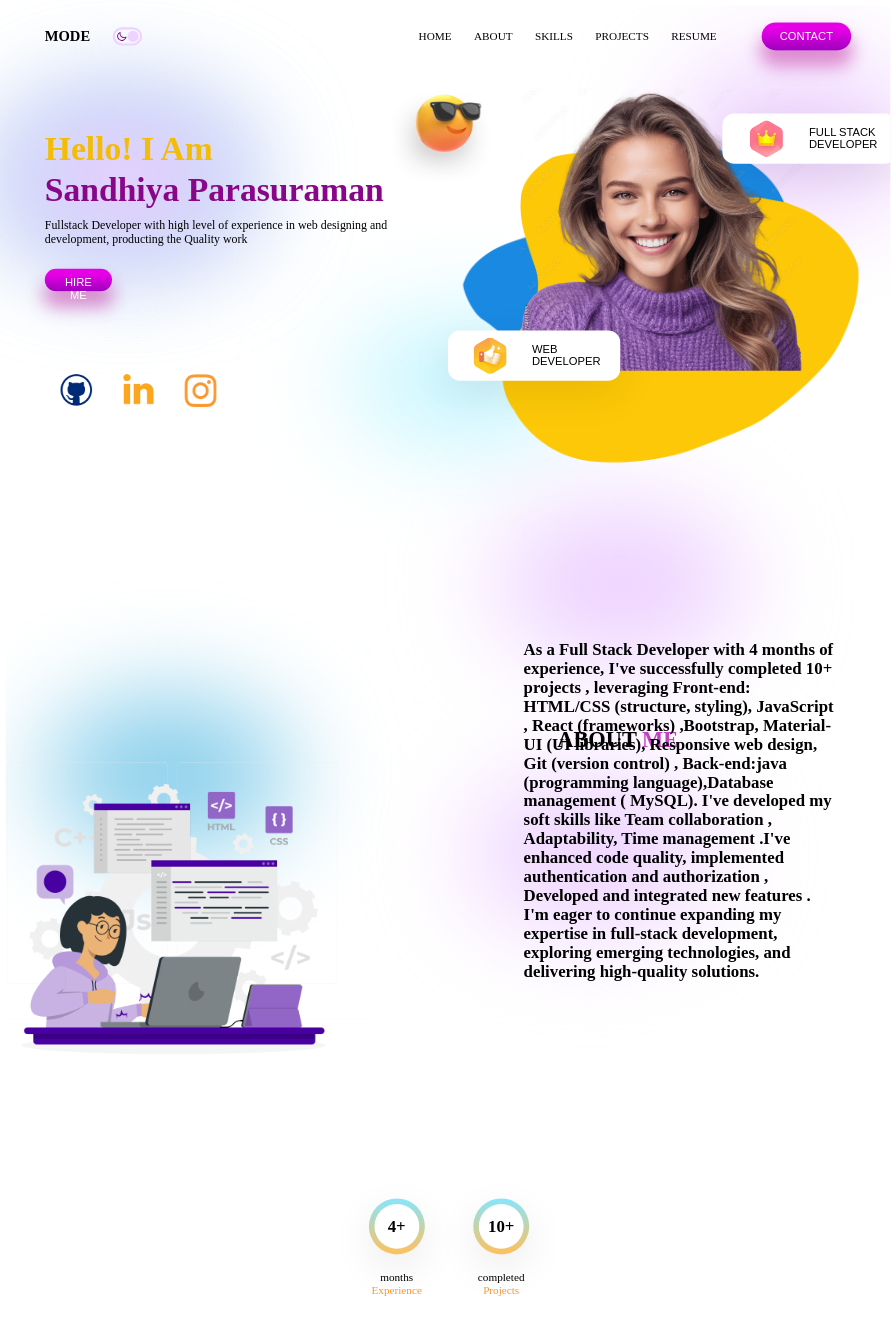
Repository: glorysandy/Protfolio
Page: /
These files come from the project's save history. The page is drawn as it stood at one moment and after the next save; the edit follows.
The browser window is 1280 px wide. The pictures show the part of the page from y = 0 to 1920 px (the page is 4881 px tall), at 70% of full size.
The project was rebuilt for these pictures with package versions that can differ from the ones it lists, and the page was loaded fresh each time. Imported but missing from the stored project, and not drawn on this page: src/components/Services/SANDHIYA.P (RESUME).pdf.

Above is the page before, as saved 2024-10-16 21:50:00.

### src/components/Navbar/Navbar.jsx
import React from "react";
import Toggle from "../Toggle/Toggle";
import "./Navbar.css";
import { Link } from "react-scroll";
const navbar = () => {
  return (
    <div className="n-wrapper" id="Navbar">
      {/* left */}
      <div className="n-left">
        <div className="n-name">MODE</div>
        <Toggle />
      </div>
      {/* right */}
      <div className="n-right">
        <div className="n-list">
          <ul style={{ listStyleType: "none" }}>
            <li>
              <Link activeClass="active" to="Navbar" spy={true} smooth={true}>
                HOME
              </Link>
            </li>
            <li>
              <Link to="testimonial" spy={true} smooth={true}>
                ABOUT
              </Link>
            </li>
            <li>
              <Link to="works" spy={true} smooth={true}>
                SKILLS
              </Link>
            </li>
            <li>
              <Link to="portfolio" spy={true} smooth={true}>
                PROJECTS
              </Link>
            </li>
            <li>
              <Link to=" services" spy={true} smooth={true}>
                RESUME
              </Link>
            </li>
          </ul>
        </div>
        <Link to="contact" spy={true} smooth={true}>
        <button className="button n-button">CONTACT</button>
        </Link>
      </div>
    </div>
  );
};

export default navbar;

### src/components/Testimonials/Testimonial.jsx
import React from "react";
import "./Testimonial.css";
import back from  "../../img/Hand coding-rafiki.png";

const Testimonial = () => {

  return (
    <div className="t-wrapper" id="testimonial">
      <div className="t-heading" style={{marginLeft:"95vh" ,marginTop:"35vh"}}>
        <span>ABOUT </span>
        <span>ME </span>
      <div className="blur t-blur1" style={{ background: "var(--purple)" }}></div>
      <div className="blur t-blur2" style={{ background: "skyblue" }}></div>
      <div className="blur t-blur3" style={{ background: "voilet" }}></div>
       <div className="t-back"  >
       <img
          src={back}
          alt=""
        />
</div> <div className="t-sen" style={{fontSize:"1.5rem",fontWeight: "7rem",  position: "absolute", marginTop: "-100vh" ,marginLeft: "-48px",marginRight: "18px"
}}> <span>As a Full Stack Developer with 4 months of experience, I've   successfully completed 10+ projects , leveraging Front-end:  HTML/CSS (structure, styling), JavaScript , React (frameworks) ,Bootstrap, Material-UI (UI libraries), Responsive web design, Git (version control)
, Back-end:java (programming language),Database management ( MySQL). I've developed my soft skills like Team collaboration , Adaptability, Time management .I've enhanced code quality, implemented authentication   and authorization
,  Developed and integrated new features
. I'm eager to continue expanding my expertise in full-stack development, exploring emerging technologies, and delivering high-quality solutions.</span></div> </div>

<div className="head"> <span> ABOUT ME</span></div>

    <div className="dup">
    <span>As a Full Stack Developer with 4 months of experience, I've   successfully completed 10+ projects , leveraging Front-end:  HTML/CSS (structure, styling), JavaScript , React (frameworks) ,Bootstrap, Material-UI (UI libraries), Responsive web design, Git (version control)
, Back-end:java (programming language),Database management ( MySQL). I've developed my soft skills like Team collaboration , Adaptability, Time management .I've enhanced code quality, implemented authentication   and authorization
,  Developed and integrated new features
. I'm eager to continue expanding my expertise in full-stack development, exploring emerging technologies, and delivering high-quality solutions.</span>


      </div>

       </div>

  );
};

export default Testimonial;

### src/components/Experience/Experience.jsx
import React, { useContext } from "react";
import { themeContext } from "../../Context";
import "./Experience.css";
const Experience = () => {
  const theme = useContext(themeContext);
  const darkMode = theme.state.darkMode;

  return (
    <div className="experience" id='experience'>
      <div className="achievement">
        {/* darkMode */}
        <div className="circle" style={{color: darkMode?'var(--orange)':''}}>4+</div>
        <span  style={{color: darkMode?'white':''}}>months </span>
        <span>Experience</span>
      </div>
      <div className="achievement">
        <div className="circle" style={{color: darkMode?'var(--orange)':''}}>10+</div>
        <span  style={{color: darkMode?'white':''}}>completed </span>
        <span>Projects</span>
      </div>
    </div>
  );
};

export default Experience;

### src/components/Portfolio/Portfolio.jsx
import React, { useContext } from "react";
import "./Portfolio.css";
import { Swiper, SwiperSlide } from "swiper/react"
import "swiper/css";
import pro from "../../img/pro 1 copy.jpg";
import pro2 from "../../img/pro2.jpg";
import HOC from "../../img/hoc.png";
import pro3 from "../../img/pro3.jpg";
import { themeContext } from "../../Context";

const Portfolio = () => {
  const theme = useContext(themeContext);
  const config ={
    social:{
      pro1:'https://project-1-nerolac.vercel.app/',
      pro2:'https://rock-paper-scissors-phi-puce.vercel.app/',
      pro3:'https://sliding-puzzle-jade.vercel.app/',
    }
}

  const darkMode = theme.state.darkMode;
  return (
    <div className="portfolio" id="portfolio">
            <div className="blur t-blur2" style={{ background: "skyblue" }}></div>
      <div className="blur t-blur2" style={{ background: "voilet" }}></div>

      {/* heading */}
      <span style={{color: darkMode?'white': ''}}>Recent Projects</span>
      <span>Portfolio</span>



      {/* slider */}
      <Swiper
        spaceBetween={30}
        slidesPerView={3}
        grabCursor={true}
        className="portfolio-slider"
      ><div className="silde">


        <SwiperSlide>
          <div >
       <a href={config.social.pro1}  ><img src={pro} alt="" /></a>
          </div>
        </SwiperSlide>
        <SwiperSlide>
          <div>
          <a href={config.social.pro2}  ><img src={pro2} alt="" /></a>
          </div>
        </SwiperSlide>
        <SwiperSlide>
        <div>
        <a href={config.social.pro3}  ><img src={pro3} alt="" /></a>
        </div>
        </SwiperSlide>
        <SwiperSlide>
          <div>

          </div>
          <img src={HOC} alt="" />
        </SwiperSlide></div>
      </Swiper>

    </div>
  );
};

export default Portfolio;

### src/components/Contact/Contact.jsx
import React, { useContext, useRef, useState } from "react";
import "./Contact.css";
import emailjs from '@emailjs/browser';
import { themeContext } from "../../Context";

const Contact = () => {
  const theme = useContext(themeContext);
  const darkMode = theme.state.darkMode;
  const form = useRef();
  const [done, setDone] = useState(false)
  const sendEmail = (e) => {
    e.preventDefault();

    emailjs
      .sendForm(
        "service_y60teja",
        "template_4kj4n7i",
        form.current,
        "ORKOyUiaYznGkr2zZ"
      )
      .then(
        (result) => {
          console.log(result.text);
          setDone(true);
          form.reset();
        },
        (error) => {
          console.log(error.text);
        }
      );
  };

  return (
    <div className="contact-form" id="contact">
      {/* left side copy and paste from work section */}

      <div className="w-left">
        <div className="awesome">
          {/* darkMode */}
          <span style={{color: darkMode?'white': ''}}>Get in Touch</span>
          <span style={{color:"purple"}}>Contact me</span>
          <div
            className="blur s-blur1"
            style={{ background: "#ABF1FF94" }}
          ></div>
        </div>
      </div>
      {/* right side form */}
      <div className="c-right">
        <form ref={form} onSubmit={sendEmail}>
          <input type="text" name="user_name" className="user"  placeholder="NAME"/>
          <input type="email" name="user_email" className="user" placeholder="EMAIL"/>
          <textarea name="message" className="user" placeholder="MESSAGE"/>
          <input type="submit" value="Send" className="button"/>
          <span className="c-t">{done && "Thanks for Contacting me"}</span>
          <div
            className="blur c-blur1"
            style={{ background: "var(--purple)" }}
          ></div>
        </form>
      </div>
      </div>

  );
};

export default Contact;

### src/components/Footer/Footer.jsx
import React from "react";
import "./Footer.css";
import Git from "../../img/git3.png";
import ins from "../../img/mylink.png";
import end from "../../img/end.png";
import wave2 from "../../img/AdobeStock_559187959 copy.png";

const Footer = () => {

  const config ={
    social:{
      Github:'https://github.com/glorysandy',
      LinkedIn:'https://www.linkedin.com/in/sandhiya-parasuraman-822719298/',

    }
}


  return (
    <div className="footer">
     <img src={wave2} alt="" style={{ width: "100%", height: "80%",  marginTop:"-2vh"}} />

     <div className="blur t-blur1" style={{ background: "var(--purple)" }}></div>
      <div className="blur t-blur2" style={{ background: "var(--purple)" }}></div>
      <div className="f-content"  >
        <div>        <span > EMAIL ID: samuve0842@gmail.com</span> <br></br> <br></br> <br></br>
        <span>PHONE NO: 9043545860</span>
        </div>
        <div className="f-back"  >
       <img
          src={end}
          alt=""
        />
        </div>

        <div className="f-icons" >

          <a href={config.social.LinkedIn} ><img src={ins} alt="" /></a>
          <a href={config.social.Github}><img src={Git} alt=""/></a>
        </div>

      </div>
      </div>
  );
};

export default Footer;

### src/components/Toggle/Toggle.jsx
import React, { useContext } from "react";
import "./Toggle.css";
import Moon from "@iconscout/react-unicons/icons/uil-moon";
import Sun from "@iconscout/react-unicons/icons/uil-sun";
import { themeContext } from "../../Context";

const Toggle = () => {
  const theme = useContext(themeContext);
  const darkMode = theme.state.darkMode;
  const handleClick = () => {
    // debugger
    theme.dispatch({ type: "toggle" });
  };
  return (
    <div className="toggle" onClick={handleClick}>
      <Moon />
      <Sun />
      {/*                              toggle.css mein left ki property aik assign hy ussy delete
                                          krna hy pehly */}
      <div
        className="t-button"
        style={darkMode ? { left: "2px" } : { right: "2px" }}
      ></div>
    </div>
  );
};

export default Toggle;

### src/components/Navbar/Navbar.css
.n-wrapper {
  height: 10vh;
  display: flex;
  justify-content: space-between;
  margin-bottom: 2rem;
  top: 0;
}
.n-left {
  flex: 1;
  align-items: center;
  justify-content: left;
  display: flex;
  gap: 2rem;

}
.n-name {
  font-size: 1.3rem;
  font-weight: bold;
}
.n-right {
  flex: 1;
  display: flex;
  align-items: center;
  justify-content: flex-end;
  font-weight: 400;

}
.n-right :hover{
  color: rgb(165, 0, 137);


}
.n-list {
  flex: 10;
}
.n-list > ul {
  display: flex;
  gap: 2rem;
  margin-right: 4rem;
}

.n-list > ul :hover {
  color: var(--orange);
  cursor: pointer;


}

.n-button {
  flex: 2;

}

@media screen and (max-width: 480px) {
  .n-list {
    display: none;
  }
}

### src/components/Intro/Intro.css
.Intro {
  display: flex;
  height: 77vh;
  margin-top: 6rem;
}

/* left side styling */
.i-left {
  display: flex;
  position: relative;
  flex: 1;
  flex-direction: column;
  gap: 2rem;
}
.i-name {
  display: flex;
  flex-direction: column;
  gap: 0.25rem;
}
.i-name > :nth-child(1) {
  color: rgb(243, 188, 6);
  font-weight: bold;
  font-size: 3rem;
}
.i-name > :nth-child(2) {
  color: rgb(136, 7, 136);

  font-weight: bold;
  font-size: 3rem;
}
.i-name > :nth-child(3) {
  font-weight: 100;
  font-size: 17px;
  color: var(--gray);
  margin-top: 10px;
}
.i-button {
  width: 6rem;
  height: 2rem;

}
.i-button:hover{
  color: rgb(121, 1, 101);
  background-color: rgb(226, 80, 255);
  box-shadow: 0 0 20px rgb(255, 53, 238);

}
.i-icons {
  margin-top: 3rem;
  display: flex;
  gap: 0rem;
}
.i-icons > * {
  transform: scale(0.5);
}
.i-icons > *:hover {
  cursor: pointer;
  color: rgb(121, 1, 101);
  background-color: rgb(226, 80, 255);
  box-shadow: 0 0 20px rgb(255, 53, 238);


}
/* right side styling */
.i-right {
  flex: 1;
  position: relative;
}
.i-right > * {
  position: absolute;
  z-index: 1;
}
.i-right > :nth-child(1) {
  transform: scale(0.69);
  left: -15%;
  top: -9%;
}
.i-right > :nth-child(2) {
  top: -4.6rem;
  transform: scale(0.67);
  left: -3rem;
}
.i-right > :nth-child(3) {
  transform: scale(1.4);
  width: 18rem;
  height: 18rem;
  left: 28%;
}
.i-right > :nth-child(4) {
  transform: scale(0.62);
  top: -19%;
  left: -24%;
  border-radius: 50%;
  padding: 0;
}

/* blur */
.blur {
  position: absolute;
  width: 22rem;
  height: 14rem;
  border-radius: 50%;
  background: #edd0ff;
  filter: blur(212px);
  z-index: -9;
  top: -18%;
  left: 56%;
  filter: blur(72px);
}

@media screen and (max-width: 480px) {
  .Intro {
    flex-direction: column;
    gap: 7rem;
    height: 64rem;
  }

  .i-right {
    transform: scale(0.8);
    left: -3rem;
  }
  .i-right .blur {
    display: none;
  }
  .floating-div:nth-of-type(1){
    /* display: none; */
    top: -7rem !important;;
  }
}

### src/components/Testimonials/Testimonial.css
.t-wrapper{
    padding:  0 3rem 0 3rem;;
    height: 100vh;
    display: flex;
    align-items: center;
    justify-content: center;
    margin-top: 7rem;
    flex-direction: column;
    gap: 2rem;
    position: relative;


}
.t-heading{
    align-self: start;

}
.t-heading>*{
    font-size: 2rem;
    font-weight: bold;

}
.t-heading span:nth-of-type(2){
    color: rgba(170, 0, 170, 0.733);
}
.head{
    margin-left: -90vh;
    margin-top: -1rem;
    font-size: 20vh;
    color: purple;
    font-weight: bold;
    display: none;
}
.t-blur1{
    left: 38rem;
    top: 16rem;
}
.t-blur2{
    top: 9rem;
    left: 0;
}
.t-back{
    display: flex;
    position: relative;
    width: 35rem;
    height:35rem;
    left:-115vh;
    top:-3rem;
}
.t-sen{
font-size:1.6rem;
font-family: 'Times New Roman', Times, serif;
}
.t-sen:hover{
cursor: pointer;
color: rgb(121, 1, 101);
box-shadow: 0 0 20px rgb(255, 53, 238);
padding: 0.7rem;
border-radius: 5px;
}
.dup{
    display: none;

}
.dup{
    cursor: pointer;
    color: rgb(121, 1, 101);
    box-shadow: 0 0 20px rgb(255, 53, 238);
    padding: 0.7rem;
    border-radius: 5px;

}
@media screen and (max-width: 480px) {

    .t-back{
        flex-direction: column;
        transform: scale(0.6);
        margin-left:  -115px;
        gap:5rem;
        height: 64rem;
        margin-top: -70vh;
        position: relative;
    }
    .head{
        margin-top: -300vh;
        display: flex;
        margin-left: -20px;
    font-size: 20rem;
    font-weight: bolder;
    }
    .dup  {

        display: flex;
        margin-top: 4vh;
        transform: scale(1.0);
        border: 5px solid purple;
        color: black;
        width: 65vh;
        justify-content: start;
    }
    .c-t{
        transform: scale(0.7);
        margin-top: -2rem;
    }
}

### src/components/Experience/Experience.css
.experience {
  display: flex;
  align-items: center;
  justify-content: center;
  gap: 5rem;
  height: 30vh;
  margin-bottom: 8rem;
  /* darkmode */
  color: var(--black);
  margin-top: 15vh;
}
.achievement{
    display: flex;
    flex-direction: column;
    align-items: center;
}
.circle {

    width: 4rem;
    height: 4rem;
    background: white;
    border-radius: 100%;
    position: relative;
    display: flex;
    align-items: center;
    justify-content: center;
    font-size: 1.5rem;
    font-weight: bold;
    margin-bottom: 2rem;
}
.circle::before {
    border-radius: 100%;
    content: '';
    background-image: linear-gradient(to bottom, #87e6fb 0%, #ffc05c 100%);
    top: -8px;
    left: -8px;
    bottom: -8px;
    right: -8px;
    position: absolute;
    z-index:-1;
    box-shadow: var(--boxShadow);
}

.achievement span:nth-of-type(2){
    color: var(--orange);
}


@media screen and (max-width: 480px) {
    .experience{
        transform: scale(0.7);
        margin-top: 7rem;
    }
}

### src/components/Portfolio/Portfolio.css
.portfolio {
  display: flex;
  align-items: center;
  justify-content: center;
  flex-direction: column;
  height: 70vh;
margin-top: 3rem;;
}
/* heading */
.portfolio span:nth-of-type(1) {
  color: var(--black);
  font-size: 2rem;
  font-weight: bold;
}

.portfolio span:nth-of-type(2) {
  color: purple;
  font-size: 2.5rem;
  font-weight: bold;
}

/* slider */
.portfolio .swiper{
    overflow: visible!important;
}

.portfolio-slider {
  margin-top: 6rem;
  width: 100%;
}

.portfolio-slider .swiper-slide {
  width: 20rem;
}
.portfolio img {
  width: 19rem;
  filter: drop-shadow(-12px 15px 13px rgba(0, 0, 0, 0.25));
  border-radius: 19px;
}
.slide{
  cursor: pointer;
  background-color: rgb(1, 12, 22);
}
.s-blur2 {
  left: 14rem;
  top: 8rem;
}

.s-blur1 {
  top: 13rem;
  left: -18rem;
}

### src/components/Services/Services.css
.services {
  padding: 0 3rem 0 3rem;
  display: flex;
  height: 30rem;
  margin-bottom: 8rem;
  margin-top: 5rem;
  margin-bottom: 13rem;
  /* scroll view */
  padding-top: 3rem;
}
/* left side */
.awesome {
  display: flex;
  flex-direction: column;
  position: relative;
  /* gap: 20px; */
}

.awesome > :nth-child(1) {
  color: var(--black);
  font-size: 2.5rem;
  font-weight: bold;
}
.awesome > :nth-child(2) {
  color: purple;
  font-size: 2.5rem;
  font-weight: bold;
}
.awesome > :nth-child(3) {
  color: var(--gray);
  font-size: 14px;
  margin-top: 1rem;
}
.s-back{
  display: flex;
  position: relative;
  height: 80vh;
  width: 80vh;
  margin-left: -130px;
  margin-top: -3rem;
}

.s-button {
  width: 10rem;
  height: 2.4rem;
  margin-top: -0.3rem;
font-weight: 600;
}
/* right sided */
.cards {
  position: relative;
  left: 32vh;
}
.cards > * {
  position: absolute;
}

/* blur */
.s-blur2 {
  left: 14rem;
  top: 8rem;
}

.s-blur1 {
  top: 13rem;
  left: -18rem;
}

@media screen and (max-width: 480px) {
  .services {
    margin-top: 4rem;
    flex-direction: column;
    gap: 5rem;
    height: 66rem;
    padding: 2px;
  }
.s-back{
  transform: scale(0.8);
  padding: 1rem;
}
  .cards {
    display: flex;
    flex-direction: column;
    gap: 17rem;
  }
  .cards > * {
    position: static;
  }
  .s-button{
    justify-content: center;
    margin-left: 4rem;
  }
}

### src/components/Contact/Contact.css
.contact-form{
    padding: 0 3rem 0 3rem;
    display: flex;
    height: 80vh;
    margin-top: 1rem;
      /* scroll */
  padding-top: 3rem;
}


.c-right{
    display: flex;
    justify-content: center;
    position: relative;
    flex: 1;
}

.c-right>form
{
    display: flex;
    flex-direction: column;
    gap: 2rem;
    align-items: center;

}

.c-right .user{
    width: 20rem;
    height: 2rem;
    padding: 0.3em;
    outline: none;
    border: 4px solid purple;
    border-radius: 8px;
    font-size: 16px;

}

.user:hover{
    border: 4px solid purple ;
    background-color: rgb(245, 194, 255);
    box-shadow: 0 0 20px rgb(255, 170, 248);
cursor: pointer;
}
textarea{
    height: 4rem!important;
}

.c-blur1{
    top: 1rem;
    left: 8rem;
}

@media screen and (max-width: 480px) {
    .contact-form{
        padding: 1rem;
        flex-direction: column;
        gap: 5rem;
        height: 40rem;
        margin-top: 20rem;
    }
    .c-right .user{
        width: 16rem;
    }

}

### src/components/Footer/Footer.css
.footer {
  display: flex;
  align-items: center;
  margin: -0.5rem -3.5rem;
  position: relative;
  margin-top: -7rem;

}

.f-content {
  position: absolute;
  display: flex;
  align-items: center;
  justify-content: center;
  flex-direction: column;
  width: 100%;
  margin-top: 2rem;
  gap: 4rem;
  color: rgb(143, 0, 143);
  font-weight: 700;
  font-size: 10rem;
}
.f-ip{
  display: flex;
  position: relative;
  width: 5rem;
  height:5rem;

}
.f-icons {
  display: flex;
  gap: 2rem;
  margin-top: -3rem;
  margin-left: -60px;
}
.f-icons:hover{
color:rgb(254, 255, 176);
cursor: pointer;
}
.f-back{
  position: absolute;
  margin-left: -120vh;
  margin-top: -6rem;
}
@media screen and (max-width: 480px){
  .footer{
    margin-top: -8rem;
  }
  .f-content{
    transform: scale(.5);
    margin-left: 20px;
    margin-top: -0.5rem;


  }
  .f-back{
    transform: scale(0.65);
   margin-left: -570px;
  }
}

### src/components/Toggle/Toggle.css
.toggle{
    display: flex;
    justify-content:space-between;
    border: 3px solid var(--purple);
    border-radius: 1rem;
    position: relative;
    padding: 2px;
    cursor: pointer;

}
.toggle>*{
    width: 1rem;
    height: 1rem;
    color: purple;
}
.t-button{
    border-radius: 100%;
    background: var(--purple );
    position: absolute;
}
.t-button:hover{
    background: linear-gradient(180deg, #e600e6 26.71%, #9f00be 99.36%);
    box-shadow: 0px 20px 24px 3px rgba(184, 0, 144, 0.42);

}

### src/components/Card/Card.css
.card {
  width: 10rem;
  height: 13rem;
  position: absolute;
  display: flex;
  flex-direction: column;
  gap: 1rem;
  align-items: center;
  width: 10rem;
  text-align: center;
  background: rgba(255, 255, 255, 0.26);
  border: 8px solid rgba(150, 0, 150, 0.815);
  box-shadow: var(--boxShadow);
  border-radius: 20px;
  padding: 0px 26px 2rem 26px;
}
.card span:nth-of-type(2) {
  color: var(--gray);
  font-size: 16px;
}
.card > img {
  transform: scale(0.6);
  margin-bottom: -2rem;
}
.c-button {
    background: #FFFFFF;
    box-shadow: 0px 19px 60px rgba(0, 0, 0, 0.08);
    border-radius: 7px;
    border: none;
    padding: 10px;
    font-size: 16px;
    color: #5290FD;
}

.c-button:hover{
    transform: scale(1.1);
    cursor: pointer;
}
/* cards */




@media screen and (max-width: 480px){
  .card{
    width: 240px;
    margin-left: -140px;
    justify-content: center;
    padding: 1 rem;
  }
}

Loaded but not shown: public/index.html (common file); src/index.js (common file); src/App.js (common file); src/Context.js (common file); src/App.css (common file); src/components/FloatingDiv/FloatingDiv.jsx (common file); src/components/Card/Card.jsx (common file); src/components/FloatingDiv/FloatingDiv.css (common file); src/components/Intro/Intro.jsx (109 lines, source omitted); src/components/Works/Works.jsx (95 lines, source omitted); src/components/Services/Services.jsx (95 lines, source omitted); src/components/Works/Works.css (150 lines, source omitted)

After the next save:
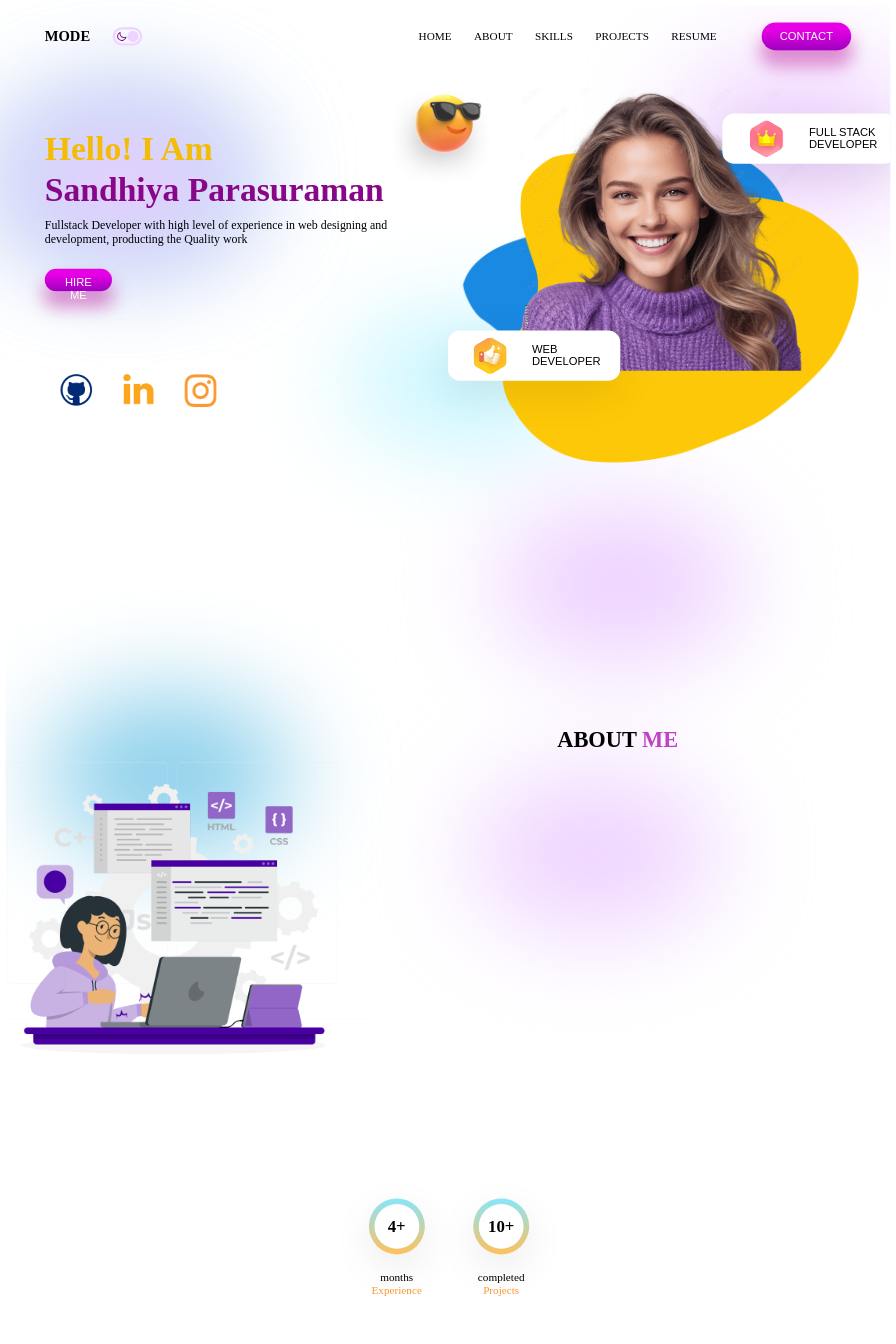
Saved 10 s later.
--- a/src/components/Testimonials/Testimonial.jsx
+++ b/src/components/Testimonials/Testimonial.jsx
@@ -17,7 +17,7 @@ const Testimonial = () => {
           src={back}
           alt=""
         />
-</div> <div className="t-sen" style={{fontSize:"1.5rem",fontWeight: "7rem",  position: "absolute", marginTop: "-100vh" ,marginLeft: "-48px",marginRight: "18px"
+</div> <div className="t-sen" style={{fontSize:"1.5rem",fontWeight: "7rem",  position: "absolute", marginTop: "-900vh" ,marginLeft: "-48px",marginRight: "18px"
 }}> <span>As a Full Stack Developer with 4 months of experience, I've   successfully completed 10+ projects , leveraging Front-end:  HTML/CSS (structure, styling), JavaScript , React (frameworks) ,Bootstrap, Material-UI (UI libraries), Responsive web design, Git (version control)
 , Back-end:java (programming language),Database management ( MySQL). I've developed my soft skills like Team collaboration , Adaptability, Time management .I've enhanced code quality, implemented authentication   and authorization
 ,  Developed and integrated new features
